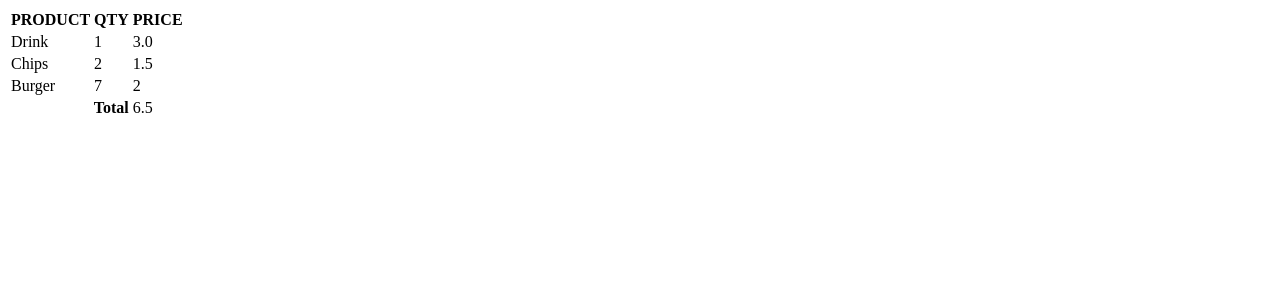
Repository: linas-dev/HTML-CSS-Projects
Page: Basic_HTML_and_CSS/HTML_Table.html
The author's editor kept a copy of each file at every save. The page is drawn from the files as they stood at one save, then again after the next save.
The browser window is 1280 px wide. The pictures show the whole page.

Above is the page before, as saved 2021-05-30 10:39:44.

After the next save:
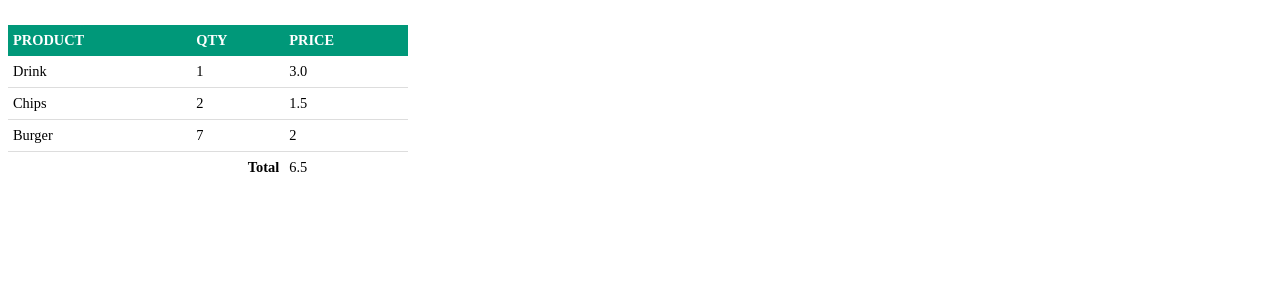
Saved 7 s later.
--- a/Basic_HTML_and_CSS/CSS_Table.css
+++ b/Basic_HTML_and_CSS/CSS_Table.css
@@ -12,7 +12,7 @@ tr, th {
 } */
 
 
-/* .table {
+.table {
     border-collapse: collapse;
     margin: 25px 0;
     font-size: 0.9em;
@@ -37,4 +37,4 @@ tr, th {
 .hoveref:hover {
     background-color: #4F0444;
     color: white;
-} */
+}
